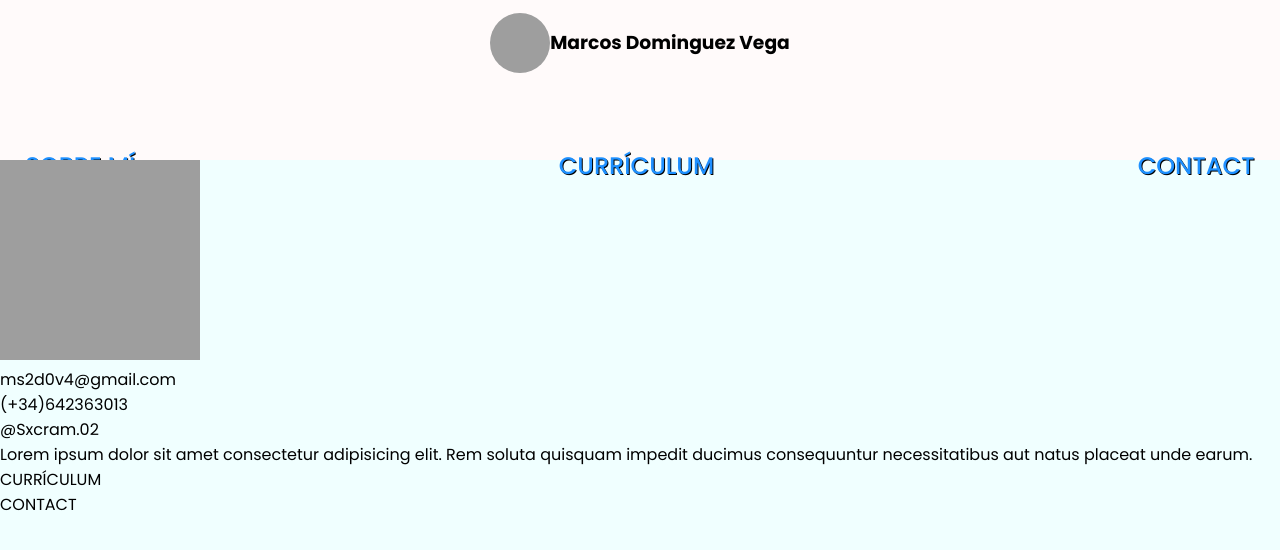
Repository: Sxcram02/Portfoliov.2
Page: index.html
An editor plug-in stored every save of this project. The page is shown before and after the next save, followed by the edit.
The browser window is 1280 px wide. The pictures show the whole page.
Pictures or frames that could not be fetched are drawn as grey boxes.

Above is the page before, as saved 2023-04-10 23:54:01.

After the next save:
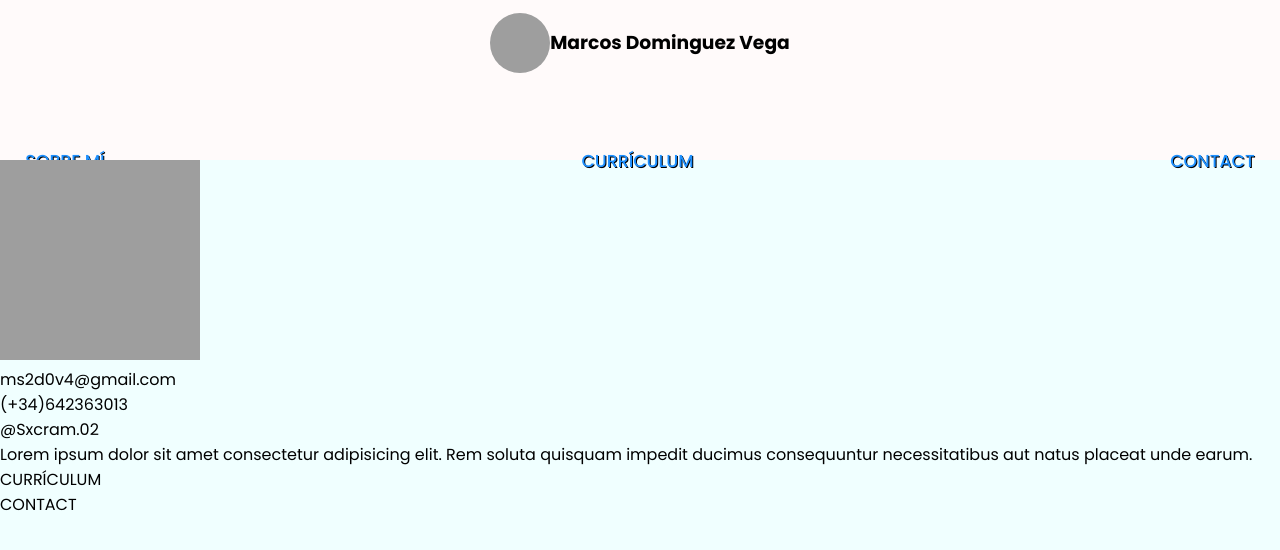
Saved 5 s later.
--- a/css/style.css
+++ b/css/style.css
@@ -48,7 +48,7 @@ nav {
     font-weight: 500;
     color: dodgerblue;
     text-shadow: 1px 1px black;
-    font-size: 18pt;
+    font-size: 13pt;
 }
 
 .nav-bar li {
